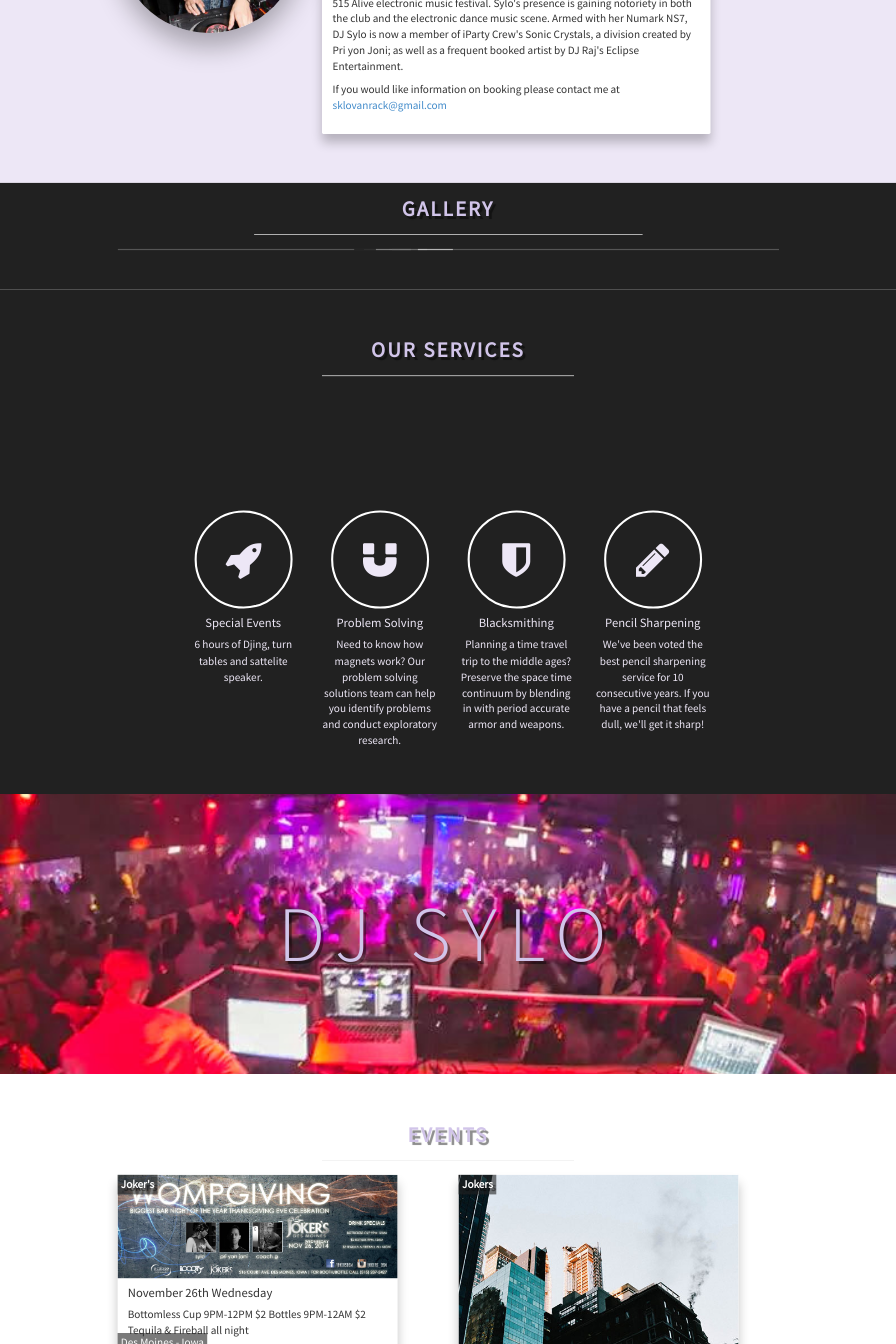
Repository: BambooXLotus/DjSylo
Page: client/index.html
The author's editor kept a record of every edit. The page is drawn from the files as they stood at one moment, then again after the next edit.
The browser window is 1280 px wide. The pictures show the part of the page from y = 986 to 2906 px (the page is 4290 px tall), at 70% of full size.
Pictures or frames that could not be fetched are drawn as grey boxes. Some icons come from a web library that is not loaded, so they are not drawn. Backgrounds fixed to the window are drawn as part of the page. Some web libraries are served in a nearby version.

Above is the page before.

### client/index.html
<!DOCTYPE html>
<html lang="en">

<head>
    <meta charset="utf-8">
    <meta name="viewport" content="width=device-width, initial-scale=1.0">
    <meta name="description" content="">
    <meta name="author" content="">
    <title>DJ Sylo</title>
    <!-- Bootstrap core CSS
        -->
    <link href="css/bootstrap.css" rel="stylesheet">
    <!-- Add custom CSS here -->
    <link href="css/stylish-portfolio.css" rel="stylesheet">
    <link href="//maxcdn.bootstrapcdn.com/font-awesome/4.1.0/css/font-awesome.min.css" rel="stylesheet">
    <link href="css/nanogallery.min.css" rel="stylesheet" type="text/css">
</head>

<body>
    <!-- Side Menu -->
    <nav class="navbar navbar-fixed-top navbar-inverse" role="navigation">
        <div class="container">
            <div class="navbar-header">
                <button type="button" class="navbar-toggle" data-toggle="collapse" data-target=".navbar-ex1-collapse">
                    <span class="sr-only">Toggle navigation</span>
                    <span class="icon-bar"></span>
                    <span class="icon-bar"></span>
                    <span class="icon-bar"></span>
                </button>
                <a class="navbar-brand" href="#top">DJ Sylo</a>
            </div>
            <!-- Collect the nav links, forms, and other content for toggling -->
            <div class="collapse navbar-collapse navbar-ex1-collapse">
                <ul class="nav navbar-nav">
                    <li>
                        <a href="#top">Home</a>
                    </li>
                    <li>
                        <a href="#about">Bio</a>
                    </li>
                    <li>
                        <a href="#gallery">Gallery</a>
                    </li>
                    <li>
                        <a href="#services">Services</a>
                    </li>
                    <li>
                        <a href="#portfolio">Events</a>
                    </li>
                    <li>
                        <a href="#portfolio">Discography</a>
                    </li>
                    <li>
                        <a href="#contact">Contact</a>
                    </li>
                </ul>
            </div>
            <!-- /.navbar-collapse -->
        </div>
        <!-- /.container -->
    </nav>
    <!-- /Side Menu -->
    <!-- Full Page Image Header Area -->
    <div id="top" class="header">
        <div class="vert-text">
            <div class="hero">
                <a href="#contact"><h1>DJ Sylo</h1></a>
            </div>
        </div>
    </div>
    <!-- /Full Page Image Header Area -->
    <!-- Intro -->
    <div id="about" class="about">
        <div class="container">
            <div class="row">
                <div class="col-md-3 col-md-offset-1">
                    <img class="img-circle img-responsive circle-shadow" src="img/portrait-sm.jpg">
                </div>
                <div class="col-md-6 col-xs-12">
                    <div class="panel panel-default dialog">
                        <div class="panel-heading">
                            <h3>DJ Sylo</h3>
                        </div>
                        <div class="panel-body">
                            <h4>Kansas City, MO</h4>
                            <p>Style: Electronic, Pop, Hip hop.</p>
                            <p>Inpsirations: Calvin Harris, Zedd, Adventure CLub.</p>
                            <p>Musical flavor, stage presence, and a feel for the crowd, DJ Sylo's unique taste and style of music has touched dancefloors across Iowa, as well as the 2012 515 Alive electronic music festival. Sylo's presence is gaining notoriety
                                in both the club and the electronic dance music scene. Armed with her Numark NS7, DJ Sylo is now a member of iParty Crew's Sonic Crystals, a division created by Pri yon Joni; as well as a frequent booked artist by DJ Raj's
                                Eclipse Entertainment.</p>
                            <p>If you would like information on booking please contact me at <a href="sklovanrack@gmail.com">sklovanrack@gmail.com</a>
                            </p>
                        </div>
                    </div>
                </div>
            </div>
        </div>
    </div>
    <!-- /Intro -->
    <!-- Gallery -->
    <div id="gallery" class="gallery">
        <div class="container">
            <div class="row">
                <div class="col-md-6 col-md-offset-3 text-center">
                    <h2>Gallery</h2>
                    <hr>
                </div>
            </div>
            <div class="row">
                <div class="col-md-10 col-md-offset-1 col-xs-12 text-center">
                    <div id="nanoGallery2"></div>
                </div>
            </div>
        </div>
    </div>
    <!-- /Gallery -->
    <!-- Services -->
    <div id="services" class="services">
        <div class="container">
            <div class="row">
                <div class="col-md-4 col-md-offset-4 text-center">
                    <h2>Our Services</h2>
                    <hr>
                </div>
            </div>
            <div class="row">
                <div class="col-md-offset-3 col-md-6">
                    <iframe width="100%" height="166" scrolling="no" frameborder="no" src="https://w.soundcloud.com/player/?url=https%3A//api.soundcloud.com/tracks/160960689&amp;color=ff5500&amp;auto_play=false&amp;hide_related=false&amp;show_comments=true&amp;show_user=true&amp;show_reposts=false"></iframe>
                </div>
            </div>
            <div class="row">
                <div class="col-md-2 col-md-offset-2 text-center">
                    <div class="service-item">
                        <i class="service-icon fa fa-rocket"></i>
                        <h4>Special Events</h4>
                        <p>6 hours of Djing, turn tables and sattelite speaker.</p>
                    </div>
                </div>
                <div class="col-md-2 text-center">
                    <div class="service-item">
                        <i class="service-icon fa fa-magnet"></i>
                        <h4>Problem Solving</h4>
                        <p>Need to know how magnets work? Our problem solving solutions team can help you identify problems and conduct exploratory research.</p>
                    </div>
                </div>
                <div class="col-md-2 text-center">
                    <div class="service-item">
                        <i class="service-icon fa fa-shield"></i>
                        <h4>Blacksmithing</h4>
                        <p>Planning a time travel trip to the middle ages? Preserve the space time continuum by blending in with period accurate armor and weapons.</p>
                    </div>
                </div>
                <div class="col-md-2 text-center">
                    <div class="service-item">
                        <i class="service-icon fa fa-pencil"></i>
                        <h4>Pencil Sharpening</h4>
                        <p>We've been voted the best pencil sharpening service for 10 consecutive years. If you have a pencil that feels dull, we'll get it sharp!</p>
                    </div>
                </div>
            </div>
        </div>
    </div>
    <!-- /Services -->
    <!-- Callout -->
    <div class="callout">
        <div class="vert-text">
            <h1>DJ Sylo</h1>
        </div>
    </div>
    <!-- /Callout -->
    <!-- Portfolio -->
    <div id="portfolio" class="portfolio">
        <div class="container">
            <div class="row">
                <div class="col-md-4 col-md-offset-4 text-center">
                    <h2>Events</h2>
                    <hr>
                </div>
            </div>
            <div class="row">
                <div class="col-md-5 col-md-offset-1">
                    <div class="panel card fixed-card">
                        <div class="card-heading">
                            <h3 class="panel-title">Joker's</h3>
                            <h4 class="panel-title stickyBottom">Des Moines - Iowa</h4>
                            <a href="https://www.facebook.com/jokersdsm">
                                <img class="img-portfolio img-responsive" src="img/Events/wompgiving2014.jpg">
                            </a>
                        </div>
                        <div class="panel-body">
                            <h4>November 26th Wednesday</h4>
                            <span>Bottomless Cup 9PM-12PM</span>
                            <span>$2 Bottles 9PM-12AM</span>
                            <span>$2 Tequila & Fireball all night</span>
                        </div>
                    </div>
                </div>
                <div class="col-md-5">
                    <div class="panel card fixed-card">
                        <div class="card-heading">
                            <h3 class="panel-title">Jokers</h3>
                            <h4 class="panel-title stickyBottom">Cedarfalls - Iowa</h4>
                            <img class="img-portfolio img-responsive" src="img/portfolio-2.jpg">
                        </div>
                        <div class="panel-body">
                            <h4>Dec 26th Wednesday</h4>
                            <h5>Cats Named Remmy Drink Free</h5>
                        </div>
                    </div>
                </div>
            </div>
            <div class="row">
                <div class="col-md-5 col-md-offset-1">
                    <div class="panel card fixed-card">
                        <div class="card-heading">
                            <h3 class="panel-title">Cafe Mood</h3>
                            <h4 class="panel-title stickyBottom">Ames - Iowa</h4>
                            <img class="img-portfolio img-responsive" src="img/portfolio-3.jpg">
                        </div>
                        <div class="panel-body">
                            <h4>Dec 26th Wednesday</h4>
                        </div>
                    </div>
                </div>
                <div class="col-md-5">
                    <div class="panel card fixed-card">
                        <div class="card-heading">
                            <h3 class="panel-title">Hotel</h3>
                            <h4 class="panel-title stickyBottom">Kansas City - Missouri</h4>
                            <img class="img-portfolio img-responsive" src="img/portfolio-4.jpg">
                        </div>
                        <div class="panel-body">
                            <h4>Dec 26th Wednesday</h4>
                            <h5>Located in the Power and Light district.</h5>
                        </div>
                    </div>
                </div>
            </div>
        </div>
    </div>
    <!-- /Portfolio -->
    <!-- Map -->
    <div id="contact">
        <div class="container">
            <div class="row">
                <div class="col-md-6 col-md-offset-3">
                    <h3>Contact</h3>
                    <hr>
                    <address>
                            <strong>Email:</strong>
                            <a href="mailto:#">sklovanrack@gmail.com</a>
                            <br>
                            <br>
                            <strong>Phone:</strong>(515) 329-2323</address>
                </div>
            </div>
            <div>
                <div class="col-md-6 col-md-offset-3 contact-form">
                    <form id="contact" method="post" class="form" role="form">
                        <div class="row">
                            <div class="col-xs-6 col-md-6 form-group">
                                <input class="form-control" id="name" name="name" placeholder="Name" type="text" />
                            </div>
                            <div class="col-xs-6 col-md-6 form-group">
                                <input class="form-control" id="email" name="email" placeholder="Email" type="email" required />
                            </div>
                        </div>
                        <textarea class="form-control" id="message" name="message" placeholder="Message" rows="5"></textarea>
                        <br />
                        <div class="row">
                            <div class="col-xs-12 col-md-12 form-group">
                                <button class="btn btn-primary pull-right" type="submit">Submit</button>
                            </div>
                        </div>
                    </form>
                </div>
            </div>
        </div>
    </div>
    <!-- /Map -->
    <!-- Footer -->
    <footer>
        <div class="container">
            <div class="row">
                <div class="col-md-6 col-md-offset-3 text-center">
                    <ul class="list-inline">
                        <li>
                            <a class="fa fa-facebook fa-3x" href="https://www.facebook.com/DJSyloSonicCrystals"></a>
                        </li>
                        <li>
                            <i class="fa fa-twitter fa-3x"></i>
                        </li>
                        <li>
                            <i class="fa fa-instagram fa-3x"></i>
                        </li>
                        <li>
                            <a class="fa fa-soundcloud fa-3x" href="https://soundcloud.com/bambooproduction/sets"></a>
                        </li>
                    </ul>
                    <div class="top-scroll">
                        <a href="#top"><i class="fa fa-circle-arrow-up scroll fa-4x"></i></a>
                    </div>
                    <hr>
                    <p>Copyright &copy; Bamboo Lotus 2014</p>
                </div>
            </div>
        </div>
    </footer>
    <!-- /Footer -->
    <!-- JavaScript -->
    <script src="js/jquery-1.10.2.js"></script>
    <script src="js/bootstrap.js"></script>

    <!-- nanoGALLERY plugin files -->
    <script type="text/javascript" src="js/jquery.nanogallery.min.js"></script>
    <!-- Custom JavaScript for the Side Menu and Smooth Scrolling
        -->
    <script>
        $("#menu-close").click(function(e) {
            e.preventDefault();
            $("#sidebar-wrapper").toggleClass("active");
        });
    </script>
    <script>
        $("#menu-toggle").click(function(e) {
            e.preventDefault();
            $("#sidebar-wrapper").toggleClass("active");
        });
    </script>
    <script>
        $(function() {
            $('a[href*=#]:not([href=#])').click(function() {
                if (location.pathname.replace(/^\//, '') == this.pathname.replace(/^\//, '') || location.hostname == this.hostname) {

                    var target = $(this.hash);
                    target = target.length ? target : $('[name=' + this.hash.slice(1) + ']');
                    if (target.length) {
                        $('html,body').animate({
                            scrollTop: target.offset().top
                        }, 1000);
                        return false;
                    }
                }
            });

            $("#nanoGallery2").nanoGallery({
                thumbnailWidth: 'auto',
                thumbnailHeight: 200,
                userID: 'derensomsanith@gmail.com',
                kind: 'picasa',
                album: '6020738059883313137',
                colorSchemeViewer: 'light',
                thumbnailHoverEffect: [{
                    name: 'labelAppear75',
                    duration: 300
                }],
                thumbnailGutterWidth: 1,
                thumbnailGutterHeight: 1,
                i18n: {
                    thumbnailImageDescription: 'View Photo',
                    thumbnailAlbumDescription: 'Open Album'
                },
                thumbnailLabel: {
                    display: true,
                    position: 'overImageOnMiddle',
                    align: 'center'
                },
                photoSorting: 'random',
                lazyBuild: 'none',
                lazyBuildTreshold: 300
            });
        });

        (function(i, s, o, g, r, a, m) {
            i['GoogleAnalyticsObject'] = r;
            i[r] = i[r] || function() {
                (i[r].q = i[r].q || []).push(arguments)
            }, i[r].l = 1 * new Date();
            a = s.createElement(o),
                m = s.getElementsByTagName(o)[0];
            a.async = 1;
            a.src = g;
            m.parentNode.insertBefore(a, m)
        })(window, document, 'script', '//www.google-analytics.com/analytics.js', 'ga');

        ga('create', 'UA-56532059-1', 'auto');
        ga('send', 'pageview');
    </script>
</body>

</html>

### client/css/stylish-portfolio.css
/* Global Styles */

@import url(http://fonts.googleapis.com/css?family=Source+Sans+Pro:100,200,300,400);
html,
body {
  height: 100%;
  width: 100%;
  font-family: 'Source Sans Pro', sans-serif;
  font-size: 16px;
}

h1, h2 {
  color: #D1C4E9;
    text-shadow: 4px 4px 1px rgba(0, 0, 0, 0.45);
    text-transform: uppercase;
    font-weight: 100;
    letter-spacing: .1em;
}

h1 {
  color: #D1C4E9;
  text-shadow: 4px 4px 1px rgba(0, 0, 0, 0.45);
}
h1 a:link {
  text-decoration: none;
}
h2 {
  color: #D1C4E9;
  font-weight: bold;
}
h3 {
  color: #7E57C2;
  text-shadow: 4px 4px 1px rgba(0, 0, 0, 0.45);
  font-weight: bold;
}
.vert-text {
  display: table-cell;
  vertical-align: middle;
  text-align: center;
}
.vert-text h1 {
  padding: 0;
  margin: 0;
  font-size: 4.5em;
  font-weight: 300;
  letter-spacing: .15em;
  font-size: 7em;
}
/* Link Styles */

a:link {
  text-decoration: none;
}
a:visited {
  text-decoration: none;
}
a:hover {
  text-decoration: none;
}
a:active {
  text-decoration: none;
}
/* Side Menu */

.nav {
  background-color: #212121;
  text-transform: uppercase;
  letter-spacing: .1em;
  font-size: 1em;
  font-weight: 300;
}
#sidebar-wrapper {
  margin-right: -250px;
  right: 0;
  width: 250px;
  background: #000;
  position: fixed;
  height: 100%;
  overflow-y: auto;
  z-index: 1000;
  -webkit-transition: all 0.4s ease 0s;
  -moz-transition: all 0.4s ease 0s;
  -ms-transition: all 0.4s ease 0s;
  -o-transition: all 0.4s ease 0s;
  transition: all 0.4s ease 0s;
}
.sidebar-nav {
  position: absolute;
  top: 0;
  width: 250px;
  list-style: none;
  margin: 0;
  padding: 0;
}
.sidebar-nav li {
  line-height: 40px;
  text-indent: 20px;
}
.sidebar-nav li a {
  color: #999999;
  display: block;
  text-decoration: none;
}
.sidebar-nav li a:hover {
  color: #fff;
  background: rgba(255, 255, 255, 0.2);
  text-decoration: none;
}
.sidebar-nav li a:active,
.sidebar-nav li a:focus {
  text-decoration: none;
}
.sidebar-nav > .sidebar-brand {
  height: 55px;
  line-height: 55px;
  font-size: 18px;
}
.sidebar-nav > .sidebar-brand a {
  color: #999999;
}
.sidebar-nav > .sidebar-brand a:hover {
  color: #fff;
  background: none;
}
#menu-toggle {
  top: 0;
  right: 0;
  position: fixed;
  z-index: 1;
}
#sidebar-wrapper.active {
  right: 250px;
  width: 250px;
  -webkit-transition: all 0.4s ease 0s;
  -moz-transition: all 0.4s ease 0s;
  -ms-transition: all 0.4s ease 0s;
  -o-transition: all 0.4s ease 0s;
  transition: all 0.4s ease 0s;
}
.toggle {
  margin: 5px 5px 0 0;
}
/* Full Page Image Header Area */

.header {
  display: table;
  height: 100%;
  width: 100%;
  position: relative;
  background: url(../img/DJSyloJumbotron.jpeg) no-repeat center center fixed;
  -webkit-background-size: cover;
  -moz-background-size: cover;
  -o-background-size: cover;
  background-size: cover;
}
/* Intro */

.intro {
  padding: 50px 0;
}
/* About */

.about {
  background: #EDE7F6;
  padding: 50px 0;
}
/* Gallery */

.gallery {
  background: #212121;
}
/* Services */

.services {
  background: #212121;
  padding: 50px 0;
  color: #EDE7F6;
}
.service-item {
  margin-bottom: 15px;
}
i.service-icon {
  border: 3px solid #ffffff;
  border-radius: 50%;
  display: inline-block;
  font-size: 56px;
  width: 140px;
  height: 140px;
  line-height: 136px;
  vertical-align: middle;
  text-align: center;
}
/* Callout */

.callout {
  color: #ffffff;
  display: table;
  height: 400px;
  width: 100%;
  background: url(../img/callout_DJSylo.jpeg) no-repeat center center fixed;
  -webkit-background-size: cover;
  -moz-background-size: cover;
  -o-background-size: cover;
  background-size: cover;
}
/* Portfolio */

.portfolio {
  padding: 50px 0;
}
.portfolio-item {
  margin-bottom: 25px;
}
.img-portfolio {
  margin: 0 auto;
}
/* Map */

.map {
  height: 500px;
}
/* Footer */

footer {
  padding: 100px 0;
}
.top-scroll {
  margin-top: 50px;
}
.top-scroll a {
  text-decoration: none;
  color: inherit;
}
i.scroll {
  color: #333333;
}
i.scroll:hover {
  color: #0a5175;
}
/* Responsive */

@media (max-width: 868px) {
  .header {
    background: url(../img/DJSyloJumbotron.jpeg) no-repeat center center scroll;
  }
  .callout {
    background: url(../img/callout_DJSylo.jpeg) no-repeat center center scroll;
  }
  .map {
    height: 75%;
  }
}
html,
body {
  height: 100%;
}
.carousel,
.item,
.active {
  height: 100%;
}
.carousel-inner {
  height: 100%;
}
.fill {
  width: 100%;
  height: 100%;
  background-position: center;
  background-size: cover;
}
/* faster sliding speed */

.carousel-inner > .item {
  -webkit-transition: 0.3s ease-in-out left;
  -moz-transition: 0.3s ease-in-out left;
  -o-transition: 0.3s ease-in-out left;
  transition: 0.3s ease-in-out left;
}
/* keep full widget on smaller screens */

@media (max-width: 767px) {
  body {
    padding-left: 0;
    padding-right: 0;
  }
}
#galleryContainer {
  background: #DDD;
  max-width: 1000px;
  max-height: 500px;
}
.item img {
  width: 50%;
}
.item.w2 {
  width: 25%;
}
.circle-shadow {
  box-shadow: 0 19px 38px rgba(0, 0, 0, 0.30);
}
/* Card, Dialog */

.card,
.dialog {
  border-radius: 2px;
  border: 0px;
  position: relative;
  display: inline-block;
  vertical-align: top;
  background-color: #fff;
  box-shadow: 0 12px 15px 0 rgba(0, 0, 0, 0.24);
}
.fixed-card {
  max-width: 400px;
  max-height: 400px;
}
.panel:hover .panel-title {
  background: #e91e63;
}
.panel-title {
  position: absolute;
  background: rgba(34, 34, 34, 0.6);
  color: White;
  padding: 5px;
  z-index: 3;
  -webkit-transition: all .6s ease-in-out;
  -moz-transition: all .6s ease-in-out;
  -o-transition: all .6s ease-in-out;
  -ms-transition: all .6s ease-in-out;
  transition: all .6s ease-in-out;
}
.panel-default > .panel-heading {
  border-radius: 0;
  background: transparent;
  border: 0px;
}
.panel-heading {
  padding: 0px 15px;
}
.panel-body {
  padding: 0px 15px;
  padding-bottom: 20px;
}
.card-heading {
  border-radius: 0;
  background: transparent;
  overflow: hidden;
  padding: 0px;
  border-bottom: 0px;
}

.fill {
    display:flex;
    justify-content:center;
    align-items:center;
    overflow:hidden
}
.fill img {
    flex-shrink:0;
    min-width:100%;
    min-height:100%
}
.stickyBottom {
  position: absolute;
  bottom: 0;
  left: 0;
}

Loaded but not shown: client/css/bootstrap.css (library); client/css/nanogallery.min.css (library); client/js/jquery-1.10.2.js (library); client/js/bootstrap.js (library); client/js/jquery.nanogallery.min.js (library)

After the next edit:
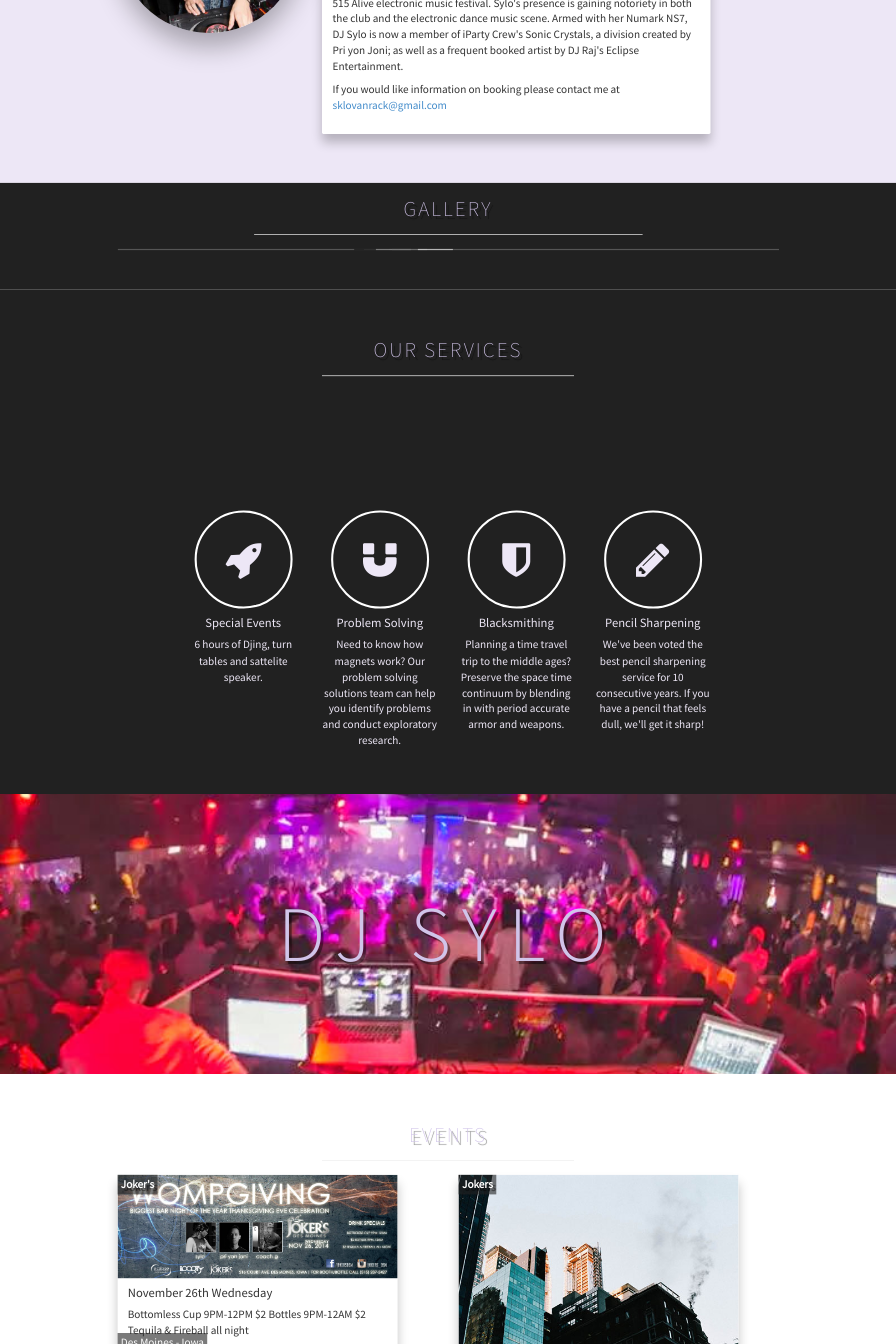
The edit:
--- a/client/css/stylish-portfolio.css
+++ b/client/css/stylish-portfolio.css
@@ -17,17 +17,6 @@
     letter-spacing: .1em;
 }
 
-h1 {
-  color: #D1C4E9;
-  text-shadow: 4px 4px 1px rgba(0, 0, 0, 0.45);
-}
-h1 a:link {
-  text-decoration: none;
-}
-h2 {
-  color: #D1C4E9;
-  font-weight: bold;
-}
 h3 {
   color: #7E57C2;
   text-shadow: 4px 4px 1px rgba(0, 0, 0, 0.45);
